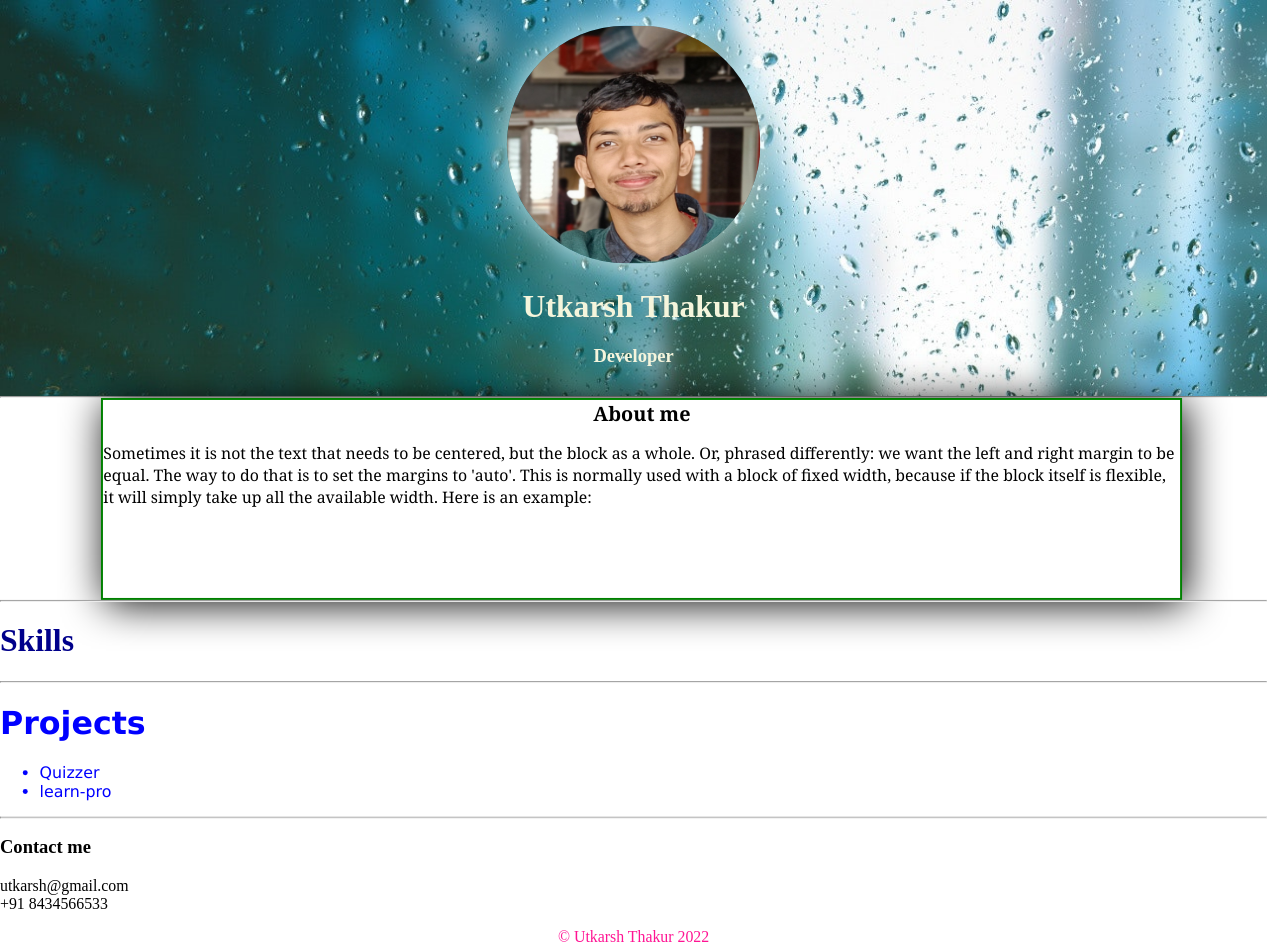
Repository: UtkarshThakur321/Utkarsh-Thakur-Profile
Page: index.html
These files come from the project's save history. The page is drawn as it stood at one moment and after the next save; the edit follows.
The browser window is 1280 px wide. The pictures show the whole page, at 99% of full size.

Above is the page before, as saved 2022-01-22 23:38:48.
Not found: main.js

After the next save:
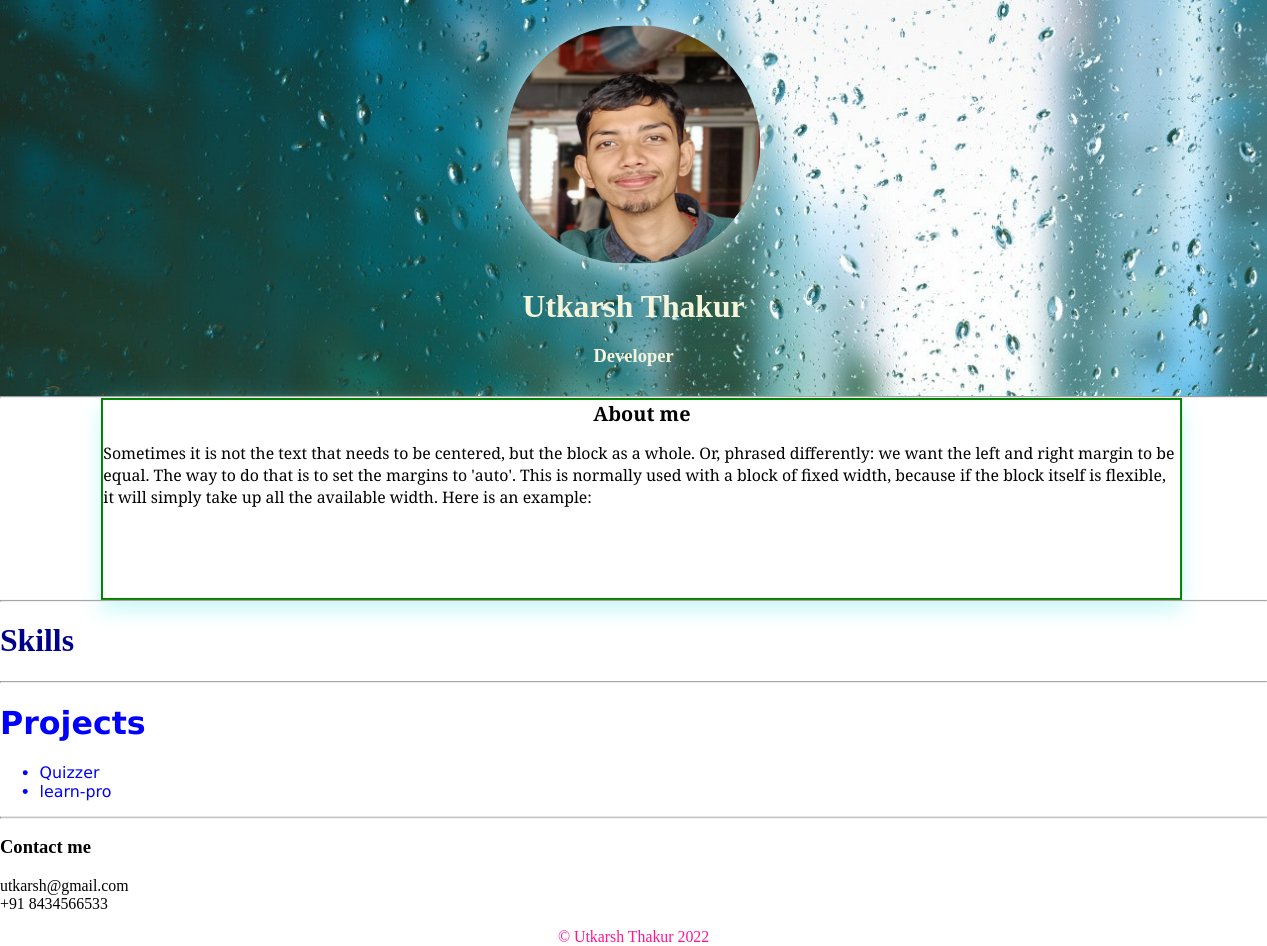
Saved 2 min 15 s later.
--- a/index.css
+++ b/index.css
@@ -29,7 +29,7 @@ body{
     height:200px;
     border:2px solid green;
     margin-left:8%;
-    box-shadow: 4px 4px 40px black;
+    box-shadow: 0px 10px 20px rgba(195, 247, 247, 0.911);
 }
 
 
